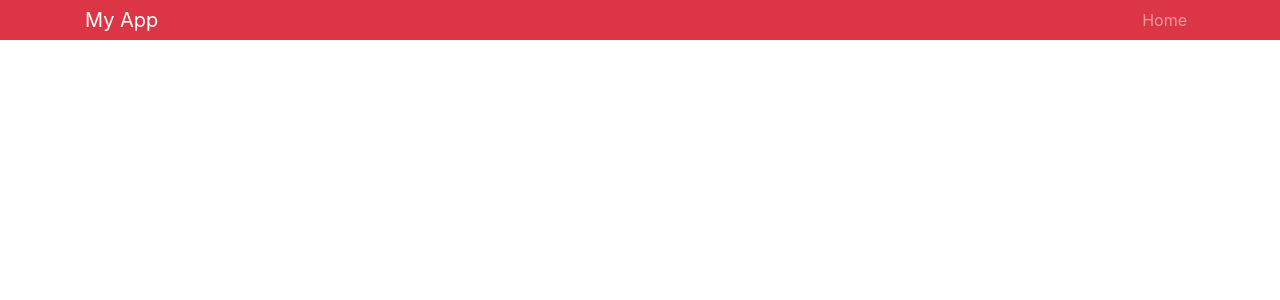
Repository: Mtbwka/contactmanager
Page: /
These files come from the project's save history. The page is drawn as it stood at one moment and after a run of saves; the edit follows.
The browser window is 1280 px wide. The pictures show the whole page.
Some web libraries are served in a nearby version. The project was rebuilt for these pictures with package versions that can differ from the ones it lists, and the page was loaded fresh each time.

Above is the page before, as saved 2019-05-01 11:37:54.

After the next 2 saves:
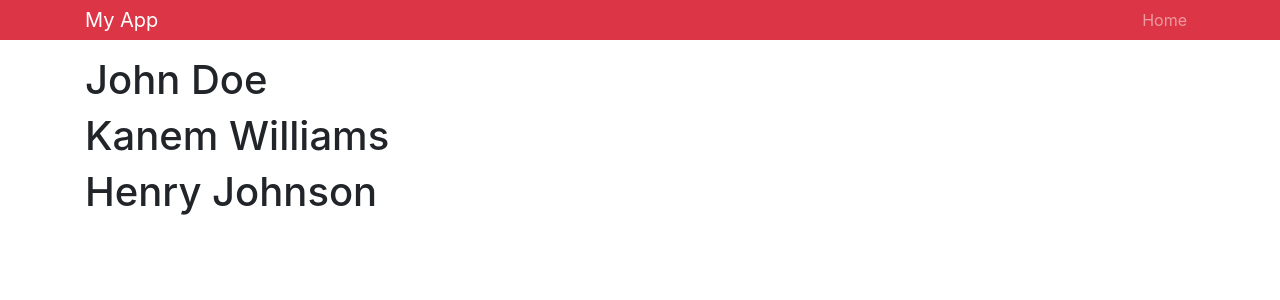
The 2 saves are shown as one change because 1 did not build or start.
The last was saved 106 s later.
--- a/src/components/Contacts.js
+++ b/src/components/Contacts.js
@@ -28,7 +28,15 @@ class Contacts extends Component {
   }
 
   render() {
-    return <div />;
+    const { contacts } = this.state;
+
+    return (
+      <div>
+        {contacts.map(contact => (
+          <h1>{contact.name}</h1>
+        ))}
+      </div>
+    );
   }
 }
 
